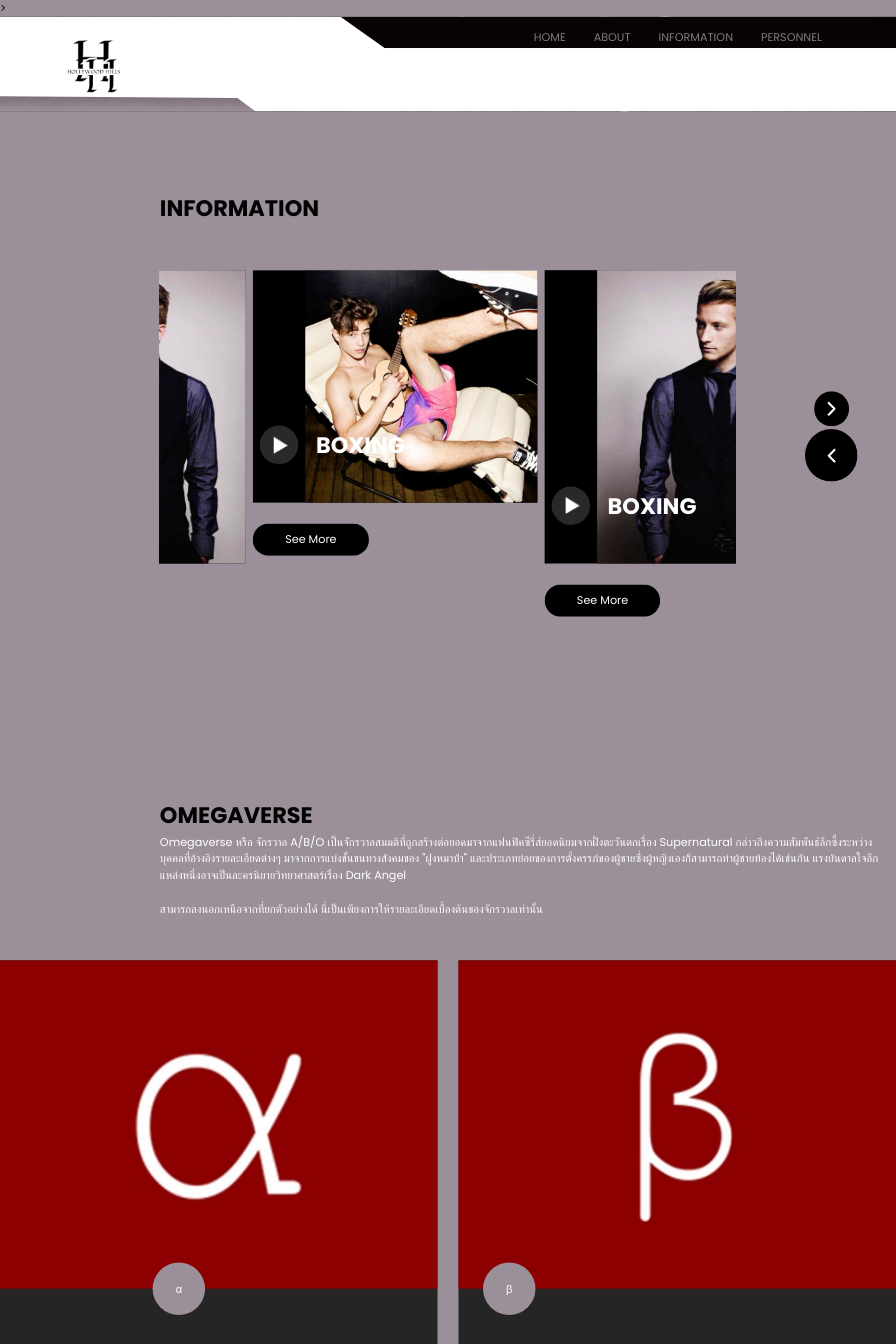
Repository: Hermesmercury88/Omega
Page: information.html
An editor plug-in stored every save of this project. The page is shown before and after a run of saves, followed by the edit.
The browser window is 1280 px wide. The pictures show the part of the page from y = 0 to 1920 px (the page is 5268 px tall before and 5292 px after), at 70% of full size.
Some web fonts or font styles are not loaded; a fallback is used. The style sheet was rebuilt from its Sass, Less or Tailwind sources for each picture, by a compiler version that may differ from the author's.

Above is the page before, as saved 2024-09-21 01:40:57.

### information.html
<!DOCTYPE html>
<html>

<head>
  <!-- Basic -->
  <meta charset="utf-8" />
  <meta http-equiv="X-UA-Compatible" content="IE=edge" />
  <!-- Mobile Metas -->
  <meta name="viewport" content="width=device-width, initial-scale=1, shrink-to-fit=no" />
  <!-- Site Metas -->
  <meta name="keywords" content="" />
  <meta name="description" content="" />
  <meta name="author" content="" />

  <title>Hollywood</title>

  <!-- favicon -->
  <link rel="icon" type="image/x-icon" href="images/logo.png" />

  <!-- slider stylesheet -->
  <link rel="stylesheet" type="text/css" href="https://cdnjs.cloudflare.com/ajax/libs/OwlCarousel2/2.3.4/assets/owl.carousel.min.css" />

  <!-- bootstrap core css -->
  <link rel="stylesheet" type="text/css" href="css/bootstrap.css" />

  <!-- fonts style -->
  <link href="https://fonts.googleapis.com/css?family=Baloo+Chettan|Dosis:400,600,700|Poppins:400,600,700&display=swap" rel="stylesheet" />
  <!-- Custom styles for this template -->
  <link href="css/style.css" rel="stylesheet" />
  <!-- responsive style -->
  <link href="css/responsive.css" rel="stylesheet" />>
</head>

<body class="sub_page">
  <div class="hero_area">
    <!-- header section strats -->
    <header class="header_section">
      <div class="container">
        <div class="header_nav">
          <a class="navbar-brand brand_desktop" href="index.html">
            <img src="images/logo.png" alt="" />
          </a>
          <div class="main_nav">


            <div class="bottom_nav">
              <nav class="navbar navbar-expand-lg custom_nav-container">
                <a class="navbar-brand brand_mobile" href="index.html">
                  <img src="images/logo.png" alt="" />
                </a>
                <button class="navbar-toggler" type="button" data-toggle="collapse" data-target="#navbarSupportedContent" aria-controls="navbarSupportedContent" aria-expanded="false" aria-label="Toggle navigation">
                  <span class="navbar-toggler-icon"></span>
                </button>
                <div class="collapse navbar-collapse" id="navbarSupportedContent">
                  <div class="d-flex ml-auto flex-column flex-lg-row align-items-center">
                    <ul class="navbar-nav  ">
                      <li class="nav-item active">
                        <a class="nav-link" href="index.html">Home <span class="sr-only">(current)</span></a>
                      </li>
                      <li class="nav-item">
                        <a class="nav-link" href="about.html"> About </a>
                      </li>
                      <li class="nav-item">
                        <a class="nav-link" href="information.html"> information </a>
                      </li>
                      <li class="nav-item">
                        <a class="nav-link" href="personnel.html">Personnel</a>
                      </li>
                    </ul>
                  </div>
                </div>
              </nav>
            </div>
          </div>
        </div>
      </div>
    </header>
    <!-- end header section -->
  </div>


  <!-- blog section -->


  <!-- class section -->

  <section class="class_section layout_padding">
    <div class="container-fluid">
      <div class="row">
        <div class="col-md-10 col-lg-8 mx-auto">
          <div class="class_container">
            <div class="row">
              <div class="col-lg-9 col-md-10">
                <div class="heading_container">
                  <h2>
                    Information
                  </h2>
                  <p>

                  </p>
                </div>
              </div>
            </div>
            <div class="class_box-container">
              <div class="owl-carousel owl_carousel1">
                <div class="item">
                  <div class="box">
                    <div class="img-box">
                      <img src="images/c1.jpg" alt="">
                      <div class="detail-box">
                        <button>
                          <img src="images/play-icon.png" alt="">
                        </button>
                        <h2>
                          Boxing
                        </h2>
                      </div>
                    </div>
                    <div class="btn-box">
                      <a href="">
                        See More
                      </a>
                    </div>
                  </div>
                </div>
                <div class="item">
                  <div class="box">
                    <div class="img-box">
                      <img src="images/c2.jpg" alt="">
                      <div class="detail-box">
                        <button>
                          <img src="images/play-icon.png" alt="">
                        </button>
                        <h2>
                          Boxing
                        </h2>
                      </div>
                    </div>
                    <div class="btn-box">
                      <a href="">
                        See More
                      </a>
                    </div>
                  </div>
                </div>
                <div class="item">
                  <div class="box">
                    <div class="img-box">
                      <img src="images/c1.jpg" alt="">
                      <div class="detail-box">
                        <button>
                          <img src="images/play-icon.png" alt="">
                        </button>
                        <h2>
                          Boxing
                        </h2>
                      </div>
                    </div>
                    <div class="btn-box">
                      <a href="">
                        See More
                      </a>
                    </div>
                  </div>
                </div>
                <div class="item">
                  <div class="box">
                    <div class="img-box">
                      <img src="images/c2.jpg" alt="">
                      <div class="detail-box">
                        <button>
                          <img src="images/play-icon.png" alt="">
                        </button>
                        <h2>
                          Boxing
                        </h2>
                      </div>
                    </div>
                    <div class="btn-box">
                      <a href="">
                        See More
                      </a>
                    </div>
                  </div>
                </div>
              </div>
            </div>
          </div>
        </div>
      </div>
    </div>
  </section>

  <!-- end class section -->


  <section class="blog_section layout_padding">
    <div class="container-fluid">
      <div class="row">
        <div class="col-md-10 ml-auto">
          <div class="heading_container">
            <h2>
              Omegaverse
            </h2>
            <p>
              Omegaverse หรือ จักรวาล A/B/O เป็นจักรวาลสมมติที่ถูกสร้างต่อยอดมาจากแฟนฟิคซีรี่ส์ยอดนิยมจากฝั่งตะวันตกเรื่อง Supernatural กล่าวถึงความสัมพันธ์ลึกซึ้งระหว่างบุคคลที่อ้างอิงรายละเอียดต่างๆ มาจากการแบ่งชั้นชนทางสังคมของ "ฝูงหมาป่า" และประเภทย่อยของการตั้งครรภ์ของผู้ชายซึ่งผู้หญิงเองก็สามารถทำผู้ชายท้องได้เช่นกัน แรงบันดาลใจอีกแหล่งหนึ่งอาจเป็นละครนิยายวิทยาศาสตร์เรื่อง Dark Angel
              <br />
              <br />
              สามารถลงนอกเหนือจากที่ยกตัวอย่างได้ นี่เป็นเพียงการให้รายละเอียดเบื้องต้นของจักรวาลเท่านั้น
            </p>
          </div>
        </div>
      </div>
      <div class="row">
        <div class="col-md-6 pl-0">
          <div class="box b1">
            <div class="img-box">
              <img src="images/b1.jpg" alt="" >
            </div>
            <div class="row">
              <div class="col-lg-8 col-md-10 ml-auto">
                <div class="detail-box">
                  <div class="img_date">
                    <h6>
                      α
                    </h6>
                  </div>
                  <h3>
                    Alpha
                  </h3>
                  <p>
                    อัลฟ่าเป็นลำดับสูงสุดในจักรวาลโอเมก้าเวิร์ส อัลฟ่ามีหลายสิ่งที่แยกพวกเขาออกจากประเภทอื่น ตั้งแต่ลักษณะทางกายภาพ คุณลักษณะทางจิตวิทยา และสรีรวิทยา
                    สำหรับอัลฟ่าเพศเมีย พวกเขาไม่สามารถท้องได้แต่สามารถทำให้โอเมก้าท้องได้ อัลฟ่ามักจะมีกลิ่นฉุนแรง กลิ่นนี้สามารถทำให้โอเมก้าตกหลุมรักพวกเขาได้
                     พวกเขาไม่สามารถต้านกลิ่นโอเมก้าบางคนที่เย้ายวนได้
                  </p>
                  <a href="https://www.wattpad.com/546924059-the-unofficial-guide-to-the-omegaverse-basic">
                    Read More
                  </a>
                </div>
              </div>
            </div>
          </div>
        </div>

        <div class="col-md-6 pr-0">
          <div class="box b2">
            <div class="img-box">
              <img src="images/b2.jpg" alt="">
            </div>
            <div class="row">
              <div class="col-lg-8 col-md-10 mr-auto">
                <div class="detail-box">
                  <div class="img_date">
                    <h6>
                      β
                    </h6>
                  </div>
                  <h3>
                    Beta
                  </h3>
                  <p>
                    เบต้าเป็นมนุษย์ทั่วไปที่มีข้อยกเว้นบางประการ ประการหนึ่งคือพวกเขามีกลิ่นอ่อนมากเพราะต่อมของพวกเขาไม่ผลิตกลิ่นมากเท่ากับอัลฟ่าหรือโอเมก้า หากเป็นเพศชายจะไม่สามารถตั้งครรภ์จากอัลฟ่าได้ เบต้าเพศเมียก็เหมือนกับคนทั่วไปที่สามารถตั้งครรภ์ได้ เบต้าสามารถสืบพันธุ์ร่วมกับอัลฟ่าได้ แต่พวกเขาจะรู้สึกเจ็บปวดในระดับต่างกัน กลิ่นของพวกเขาทำให้โอเมก้าและอัลฟ่าสงบลงได้
                  </p>
                  <a href="https://www.wattpad.com/546924059-the-unofficial-guide-to-the-omegaverse-basic">
                    Read More
                  </a>
                </div>
              </div>
            </div>
          </div>
        </div>
      </div>
    </div>

    <div class="row">
      <div class="col-md-6 pl-0">
        <div class="box b1">
          <div class="img-box">
            <img src="images/b3.jpg" alt="" >
          </div>
          <div class="row">
            <div class="col-lg-8 col-md-10 ml-auto">
              <div class="detail-box">
                <div class="img_date">
                  <h6>
                    Ω
                  </h6>
                </div>
                <h3>
                  Omega
                </h3>
                <p>
                  โอเมก้าอยู่ลำดับต่ำสุดในจักรวาลโอเมก้าเวิร์ส โอเมก้าเพศเมียมีโครงสร้างร่างกายทั่วไปไม่จำเป็นต้องมีอะไรพิเศษหรือแปลกใหม่ในระหว่างกระบวนการคลอด ในทางกลับกันโอเมก้าเพศผู้มีอวัยวะสืบพันธุ์เหมือนกับเพศเมีย พวกเขามีกลิ่นที่ดึงดูดอัลฟ่าได้เช่นกัน ในช่วงเวลาหนึ่งพวกเขาจะปล่อยมันออกมามากทำให้ต้องติดแผ่นยับยั้ง บางครั้งอาจกระทบการงานพวกเขา
                </p>
                <a href="https://www.wattpad.com/546924059-the-unofficial-guide-to-the-omegaverse-basic">
                  Read More
                </a>
              </div>
            </div>
          </div>
        </div>
      </div>

      <div class="col-md-6 pr-0">
        <div class="box b2">
          <div class="img-box">
            <img src="images/b4.jpg" alt="" style="width: 800px; height:670px;" >
          </div>
          <div class="row">
            <div class="col-lg-8 col-md-10 mr-auto">
              <div class="detail-box">
                <div class="img_date">
                  <h6>
                    δ
                  </h6>
                </div>
                <h3>
                  Delta
                </h3>
                <p>
                  เดลต้ามีลักษณะคล้ายกับอัลฟ่า แต่มีลักษณะทางพฤติกรรมเท่านั้นหรือก็คือพวกเขาก้าวร้าวและหวงอาณาเขต แต่เมื่ออยู่ร่วมกับอัลฟ่าแล้วพวกเขาจะอยู่ในลำดับที่สองของการเป็นผุ้นำและเป็นมือขวาของอัลฟ่า
                  โดยปกติแล้วจะมีเดลต้าหนึ่งคนในฝูง กลิ่นของพวกเขาไม่แรงเท่าอัลฟ่าแต่ก็ไม่อ่อนเท่าเบต้า และสามารถกระตุ้นโอเมก้าได้
                </p>
                <a href="https://www.wattpad.com/546924059-the-unofficial-guide-to-the-omegaverse-basic">
                  Read More
                </a>
              </div>
            </div>
          </div>
        </div>
      </div>
    </div>
  </div>

  <div class="row">
    <div class="col-md-6 pl-0">
      <div class="box b1">
        <div class="img-box">
          <img src="images/b5.png" alt="" style="width: 800px; height:670px;" >
        </div>
        <div class="row">
          <div class="col-lg-8 col-md-10 ml-auto">
            <div class="detail-box">
              <div class="img_date">
                <h6>
                  Γ
                </h6>
              </div>
              <h3>
                Gamma
              </h3>
              <p>
                แกมม่าโดยพื้นฐานแล้วคือเบต้าที่มีลักษณะเฉพาะของโอเมก้า อย่างไรก็ตาม พวกเขาไม่สามารถรับกลิ่นของอัลฟ่า แกมมา และโอเมก้าได้
                เว้นแต่จะเป็นโอเมก้าในช่วงติดสัดหรืออัลฟ่าในช่วงติดสัด อย่างไรก็ตาม พวกเขาไม่เหมือนกับมนุษย์เนื่องจากพวกเขายังคงมีลักษณะหลายอย่างที่คล้ายกับโอเมก้า ซึ่งก็คือยอมจำนนต่อเบต้า เดลต้า และอัลฟ่า
                ยกเว้นโอเมก้า พวกเขาเกี่ยวข้องกับโอเมก้า เนื่องจากมีสัญชาตญาณความเป็นแม่ที่แรงกล้าแม้ว่าจะเป็นเพศผู้หรือเพศเมียก็ตาม
              </p>
              <a href="https://www.wattpad.com/546924059-the-unofficial-guide-to-the-omegaverse-basic">
                Read More
              </a>
            </div>
          </div>
        </div>
      </div>
    </div>

    <div class="col-md-6 pr-0">
      <div class="box b2">
        <div class="img-box">
          <img src="images/b6.jpg" alt="" style="width: 800px; height:670px;">
        </div>
        <div class="row">
          <div class="col-lg-8 col-md-10 mr-auto">
            <div class="detail-box">
              <div class="img_date">
                <h6>
                  E
                </h6>
              </div>
              <h3>
                Enigma
              </h3>
              <p>
                เป็นเพศที่หายากที่สุด มีความแข็งแกร่ง สติปัญญาที่เหนือกว่าและไม่มีใครสามารถต้านทานเสน่ห์ของพวกเขาได้ โดยพื้นฐานแล้วพวกเขาเป็นเพศที่ดีที่สุด พวกเขามีพฤติกรรมคล้ายอัลฟ่า ก้าวร้าวและควบคุมหลาอย่างได้มากกว่าอัลฟ่าตัวจริงด้วยซ้ํา พวกเขาไม่ก้มหัวต่อใครและไม่ยอมจํานน พวกเขาสามารถบังคับบัญชาได้ทุกเพศรวมถึงอัลฟ่า
                สามารถทําให้ทุกเพศตั้งครรภ์ได้ รวมถึงอัลฟ่าตัวเมียด้วย<br>
                กลิ่นของพวกเขาไม่สามารถแทนที่โอเมก้าได้ แต่พวกเขาสามารถต้านทานฟีโรโมนของโอเมก้าได้ ซึ่งแตกต่างจากอัลฟ่าที่จะเข้าสู่ความต้องการหากพวกเขาได้กลิ่นฟีโรโมนของโอเมก้า
              </p>
              <a href="https://aminoapps.com/c/yaoiiomegaverse/page/item/enigmas/wMKQ_LeCpIW1637DKd6w0R44jxZ8dYD3qm">
                Read More
              </a>
            </div>
          </div>
        </div>
      </div>
    </div>
  </div>
  </div>

  </section>

  </section>

   <!-- info section -->
  <div class="info_section">
    <div class="container-fluid">
      <div class="row">
        <div class="col-md-10 ml-auto">
          <div class="row info_main-row">
            <div class="col-md-6 pr-0">

              <!-- footer section -->
              <section class="footer_section">
                <div class="social_box">
                  <a href="https://www.facebook.com/profile.php?id=100014243778331">
                    <img src="images/facebook.png" alt="">
                    <span>Reina De Corazones</span>
                  </a>
                  <a href="https://www.facebook.com/profile.php?id=100095368592925">
                    <img src="images/facebook.png" alt="">
                    <span>Trey S. Hardrock</span>
                  </a>
                  <a href="https://www.facebook.com/profile.php?id=100079927197640">
                    <img src="images/facebook.png" alt="">
                    <span>Theodoric T. Torres</span>
                  </a>
                  <a href="https://www.facebook.com/profile.php?id=100074561253444">
                    <img src="images/facebook.png" alt="">
                    <span>Kawinthip Doungpakote</span>
                  </a>
                  <a href="https://www.facebook.com/midfield.alvarez">
                    <img src="images/facebook.png" alt="">
                    <span>MID FIELD</span>
                  </a>
                  <a href="https://www.facebook.com/profile.php?id=100075234154325">
                    <img src="images/facebook.png" alt="">
                    <span>อี' แต๋ว</span>
                  </a>
                </div>
              </section>
              <!-- footer section -->

            </div>
            <div class="col-md-6  px-0">
              <div class="img-box">
                <img src="images/footer-img.jpg" alt="">
              </div>
            </div>
          </div>
        </div>
      </div>
    </div>
  </div>
  <!-- end info section -->








   <script type="text/javascript" src="js/jquery-3.4.1.min.js"></script>
   <script type="text/javascript" src="js/bootstrap.js"></script>
   <script type="text/javascript" src="https://cdnjs.cloudflare.com/ajax/libs/OwlCarousel2/2.3.4/owl.carousel.min.js">
   </script>

   <script>
     function openNav() {
       document.getElementById("myNav").classList.toggle("menu_width");
       document.querySelector(".custom_menu-btn").classList.toggle("menu_btn-style");
     }
   </script>

   <!-- owl carousel script -->
   <script type="text/javascript">
     $(".owl-carousel").owlCarousel({
       loop: true,
       margin: 10,
       nav: true,
       navText: [],
       autoplay: true,
       autoplayHoverPause: true,
       responsive: {
         0: {
           items: 1
         },
         600: {
           items: 2
         },
         1000: {
           items: 2
         }
       }
     });


     $(".owl_carousel1").owlCarousel({
       loop: true,
       margin: 25,
       nav: true,
       navText: [],
       autoplay: true,
       autoplayHoverPause: true,
       responsive: {
         0: {
           items: 1
         },
         600: {
           items: 2
         },
         1000: {
           items: 2
         }
       }
     });
   </script>
   <!-- end owl carousel script -->


  </body>

  </html>

### css/responsive.css
@media (max-width: 1250px) {
    .header_section::before {
        width: 75%;
    }

    .header_section {
        clip-path: polygon(50% 0%, 100% 0, 100% 100%, 22% 100%, 20% 86%, 0 84%, 0 0);

    }

}

@media (max-width: 1120px) {}

@media (max-width: 992px) {
    .hero_area {
        height: auto;
    }

    .hero_area::before {

        background: linear-gradient(to bottom, transparent, #9b8f9a);

    }

    .navbar-brand.brand_mobile {
        display: flex;
    }

    .navbar-brand.brand_desktop {
        display: none;
    }

    .header_section .main_nav {
        flex: 1;
    }

    #navbarSupportedContent {
        margin-top: 15px;
    }

    .header_section {
        padding: 10px 0;
        clip-path: none;
    }

    .header_section::before,
    .main_nav .top_nav {
        display: none;
    }

    .slider_section {
        padding: 45px 0;
    }

    .slider_section .slider_heading {
        top: 75px;

    }

    .slider_section .slider_heading h2 {
        font-size: 7rem;
    }

    .class_section .owl-carousel .owl-nav {

        flex-direction: row;
        top: initial;
        bottom: -45px;
        right: 50%;
        transform: translateX(50%);

    }

    .class_section .owl-carousel .owl-nav .owl-prev,
    .class_section .owl-carousel .owl-nav .owl-next {
        margin: 2px 5px;
    }

    .class_section .class_container {
        margin-bottom: 75px;
    }

    .sub_page .class_section .owl-carousel .owl-nav {
        top: initial;
        bottom: 65px;
    }
}

@media (max-width: 767px) {

    .slider_section #carouselExampleIndicators {
        align-items: center;
    }

    .slider_section #carouselExampleIndicators .box {
        justify-content: center;
    }

    .slider_section .slider_heading {
        left: 0;
        opacity: 0.4;
    }



    .about_section .about_container {
        padding: 45px 25px;
        background-size: auto;
    }


    .class_section .class_box-container .box .img-box .detail-box button {
        width: 60px;
        height: 45px;

        display: flex;
        flex-wrap: wrap;
    }

    .class_section .class_box-container .box .img-box .detail-box button img {
        width: 15px;
        margin-left: 3px;
    }

    .blog_section .box .detail-box {
        margin-left: 25px;
    }

    .blog_section .box.b2 .detail-box {

        padding-left: 0;
        padding-right: 25px;

    }

    .blog_section .box.b2 .detail-box .img_date {
        left: 0;
    }

    .info_section .info_main-row {
        flex-direction: column-reverse;
    }

    .info_section .contact_section {
        margin-top: 45px;
    }

    .info_section .contact_section form {
        padding-right: 20px;
    }

    .footer_section .social_box {
        justify-content: left;
    }

    .footer_section .social_box a {
        margin: 0 10px;
    }

    .footer_section p {
        text-align: center;
    }

}

@media (max-width: 576px) {
    .slider_section .slider_heading {
        left: -70px;
    }

    .about_section .about_container {

        padding: 45px 15px 45px 25px;
    }

    .client_section .box {
        margin: 0;
    }
}

@media (max-width: 480px) {
    .about_section .about_container {
        flex-direction: column;
        padding: 30px 10px;
    }

.about_section .detail-box h2 {
    font-size: 24px;
}

.about_section .detail-box p {
    font-size: 14px;
}

.about_section .detail-box a {
    font-size: 12px;
}
}

@media (max-width: 400px) {
    .slider_section .slider_heading {
        left: -125px;
        opacity: .2;
    }

    .slider_section .carousel-control-prev,
    .slider_section .carousel-control-next {
        display: none;
    }
}

@media (max-width: 360px) {
    .about_section .about_container {
        flex-direction: column;
        padding: 20px;
    }

    .about_section .detail-box p {
        font-size: 12px;
    }

    .footer_section p {
        font-size: 10px;
    }
}

@media (min-width: 1200px) {
    .container {
        max-width: 1170px;
    }

}

@media (max-width: 768px) {
  .about_container {
    flex-direction: column;
  }
}

Loaded but not shown: css/bootstrap.css (library); js/jquery-3.4.1.min.js (library); js/bootstrap.js (library); css/style.scss (892 lines, source omitted)

After the next 2 saves:
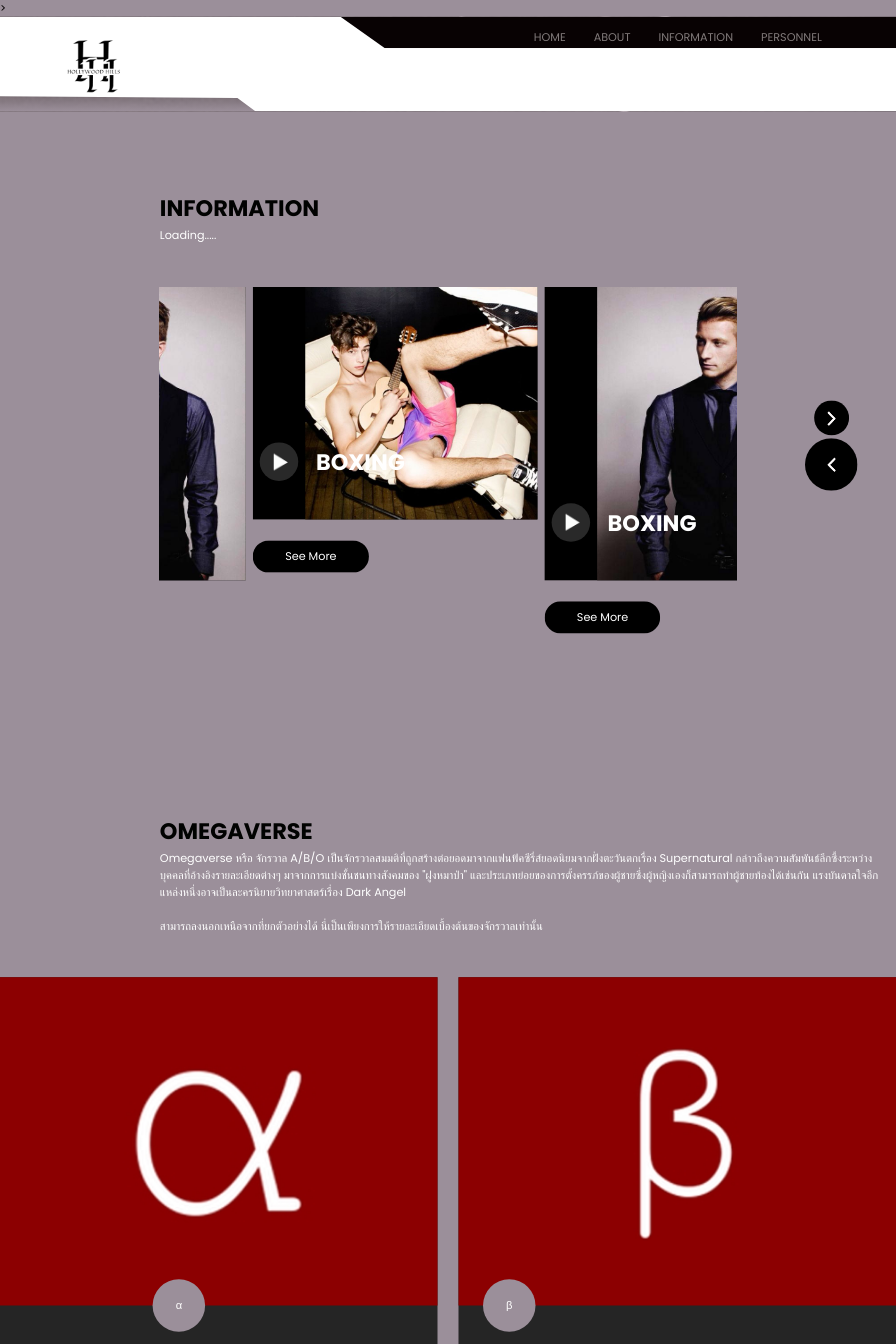
The 2 saves are shown as one change because they came seconds apart.
The last was saved 26 s later.
--- a/information.html
+++ b/information.html
@@ -96,7 +96,7 @@
                     Information
                   </h2>
                   <p>
-
+                    Loading.....
                   </p>
                 </div>
               </div>
